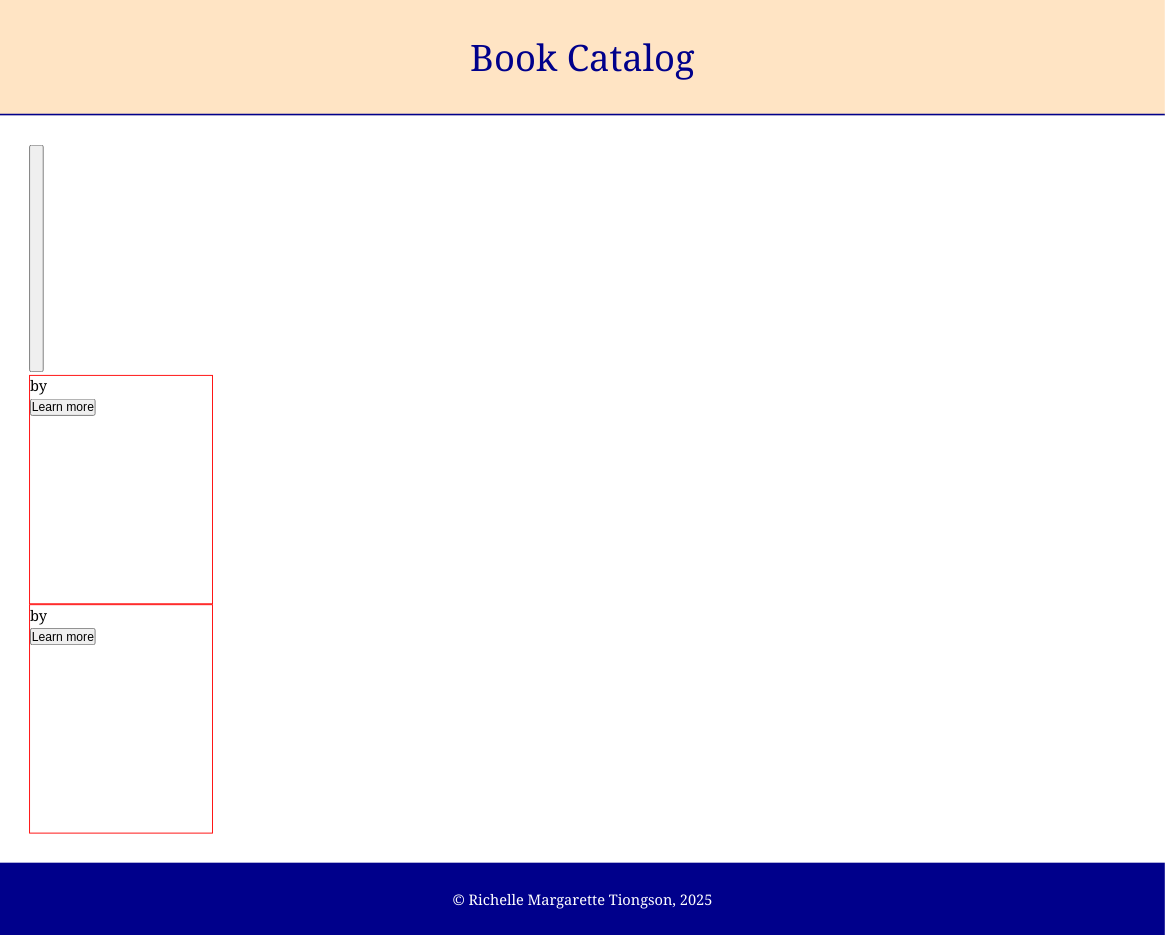
Repository: richelletiongson/comp3170_lab01
Page: /
The author's editor kept a copy of each file at every save. The page is drawn from the files as they stood at one save, then again after the next save.
The browser window is 1280 px wide. The pictures show the whole page, at 91% of full size.
The project was rebuilt for these pictures with package versions that can differ from the ones it lists, and the page was loaded fresh each time. Also part of the build but not shown: vite.config.js.

Above is the page before, as saved 2025-09-14 00:02:12.

After the next save:
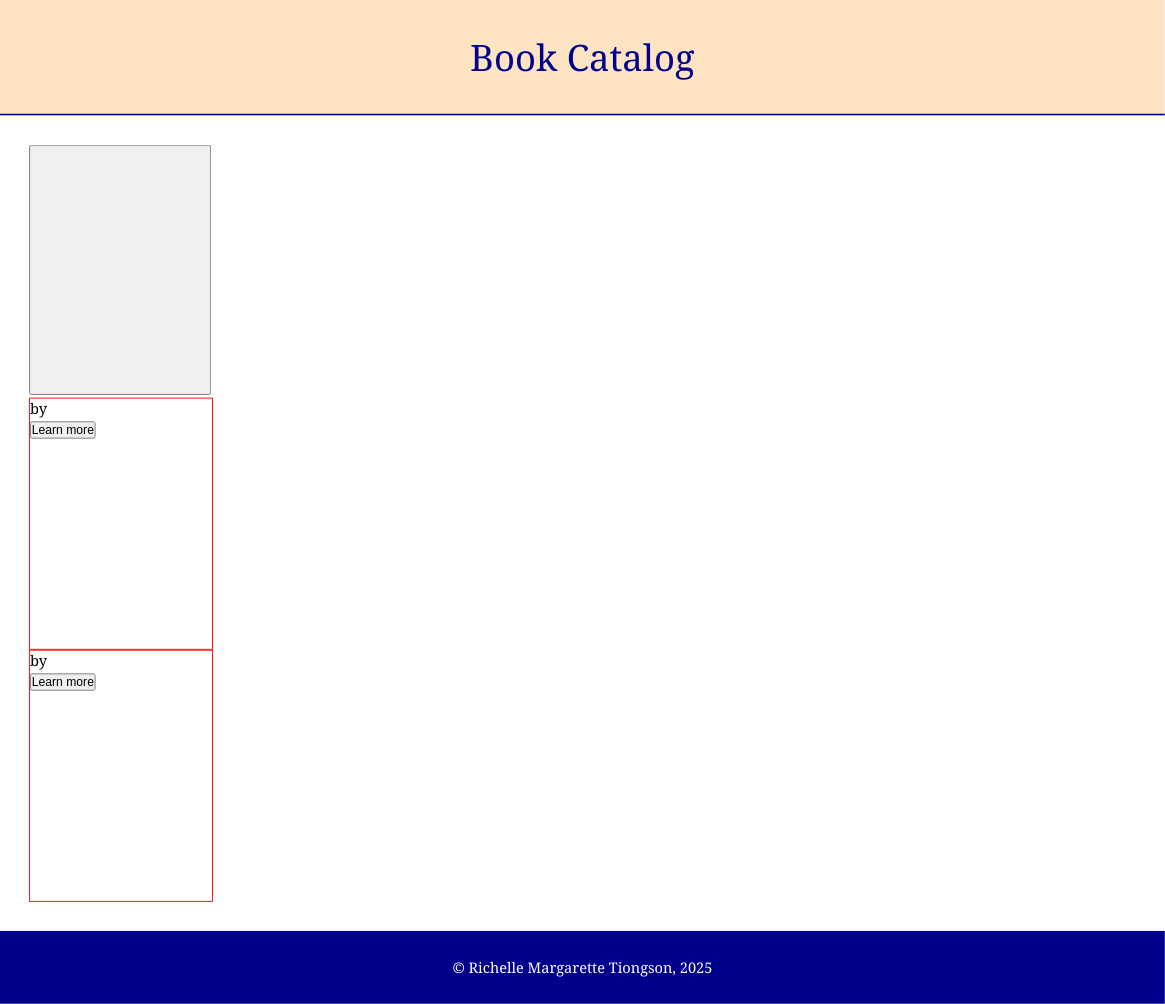
Saved 42 s later.
--- a/src/index.css
+++ b/src/index.css
@@ -35,13 +35,13 @@ body {
 
 .book {
   border: solid 1px red;
-  height:250px;
+  height:275px;
   width:200px;
 }
 
 .new {
-  height:250px;
-  width:1rem;
+  height:275px;
+  width:200px;
 }
 
 .main-content {
